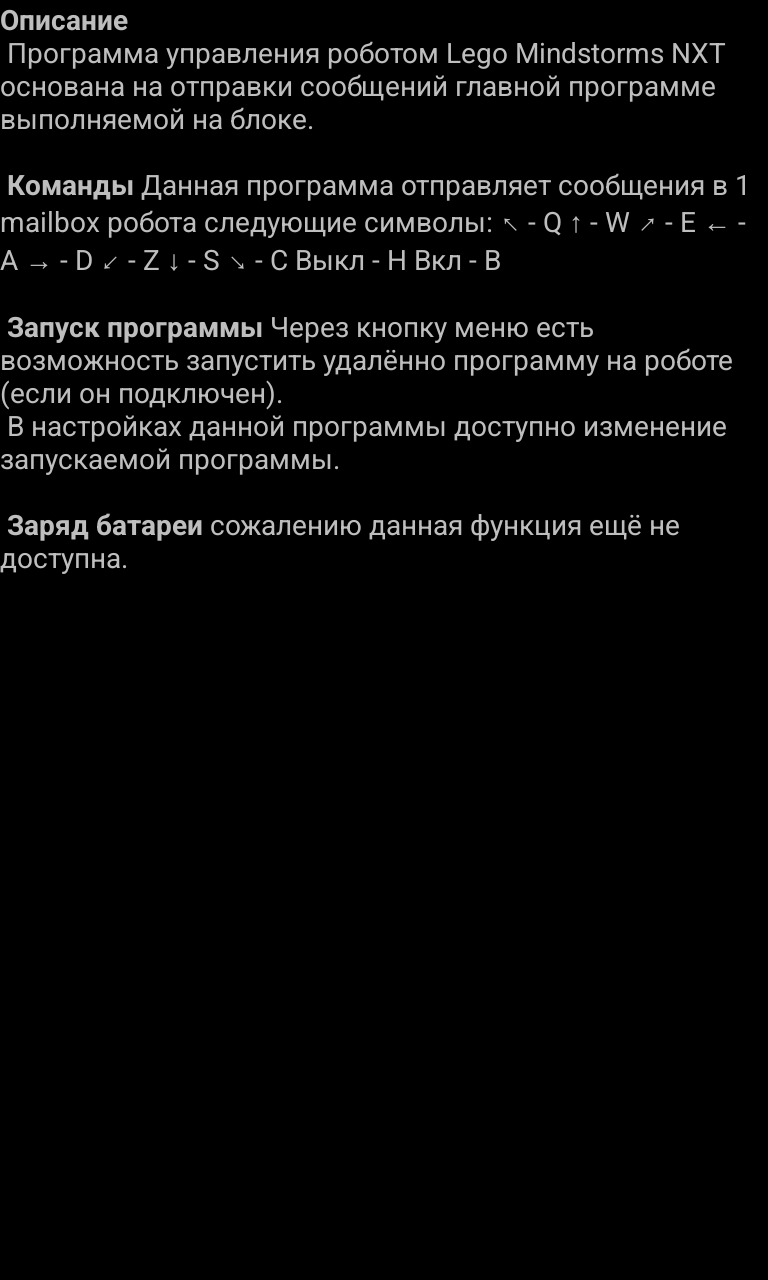
Repository: ssbayanov/panhandlerNXT
Layout: poproshaika/res/layout/help.xml
These files come from the project's save history. The layout is drawn as it stood at one moment and after the next save; the edit follows.
It is drawn on a 768 x 1280 px phone screen (xhdpi) without system bars, with theme android:Theme; the app's code is not run.

Above is the layout before, as saved 2012-11-06 07:09:51.

After the next save:
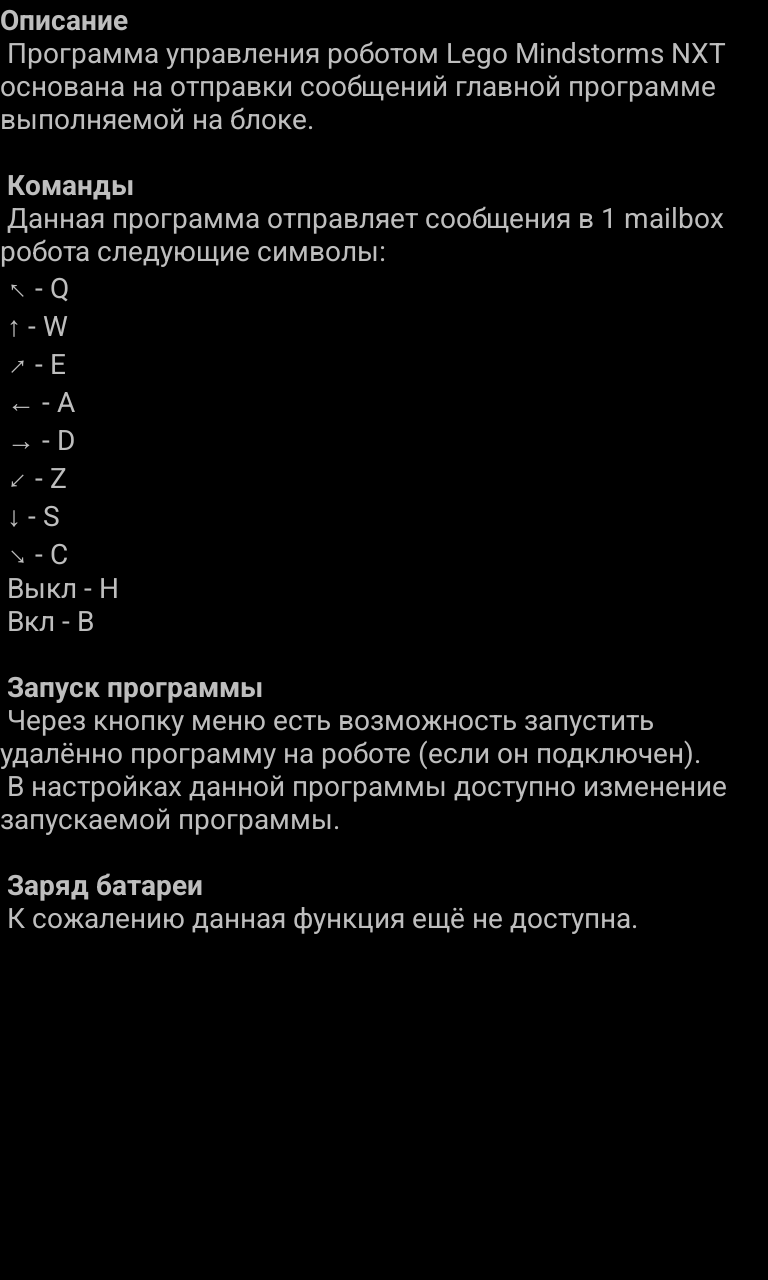
Saved 39 s later.
--- a/poproshaika/res/values/strings.xml
+++ b/poproshaika/res/values/strings.xml
@@ -60,23 +60,23 @@
     <string name="help_content">
 <b>Описание</b>\n
 Программа управления роботом Lego Mindstorms NXT основана на отправки сообщений главной программе выполняемой на блоке.\n\n
-<b>Команды</b>
-Данная программа отправляет сообщения в 1 mailbox робота следующие символы:
- ↖ - Q<br/>
-↑ - W
- ↗ - E
-← - A
-→ - D
-↙ - Z
-↓ - S
-↘ - C
-Выкл - H
+<b>Команды</b>\n
+Данная программа отправляет сообщения в 1 mailbox робота следующие символы:\n
+ ↖ - Q\n
+↑ - W\n
+ ↗ - E\n
+← - A\n
+→ - D\n
+↙ - Z\n
+↓ - S\n
+↘ - C\n
+Выкл - H\n
 Вкл - B\n\n
-<b>Запуск программы</b>
+<b>Запуск программы</b>\n
 Через кнопку меню есть возможность запустить удалённо программу на роботе (если он подключен).\n
 В настройках данной программы доступно изменение запускаемой программы.\n\n
-<b>Заряд батареи</b>
- сожалению данная функция ещё не доступна.
+<b>Заряд батареи</b>\n
+К сожалению данная функция ещё не доступна.
 
 </string>
 </resources>
